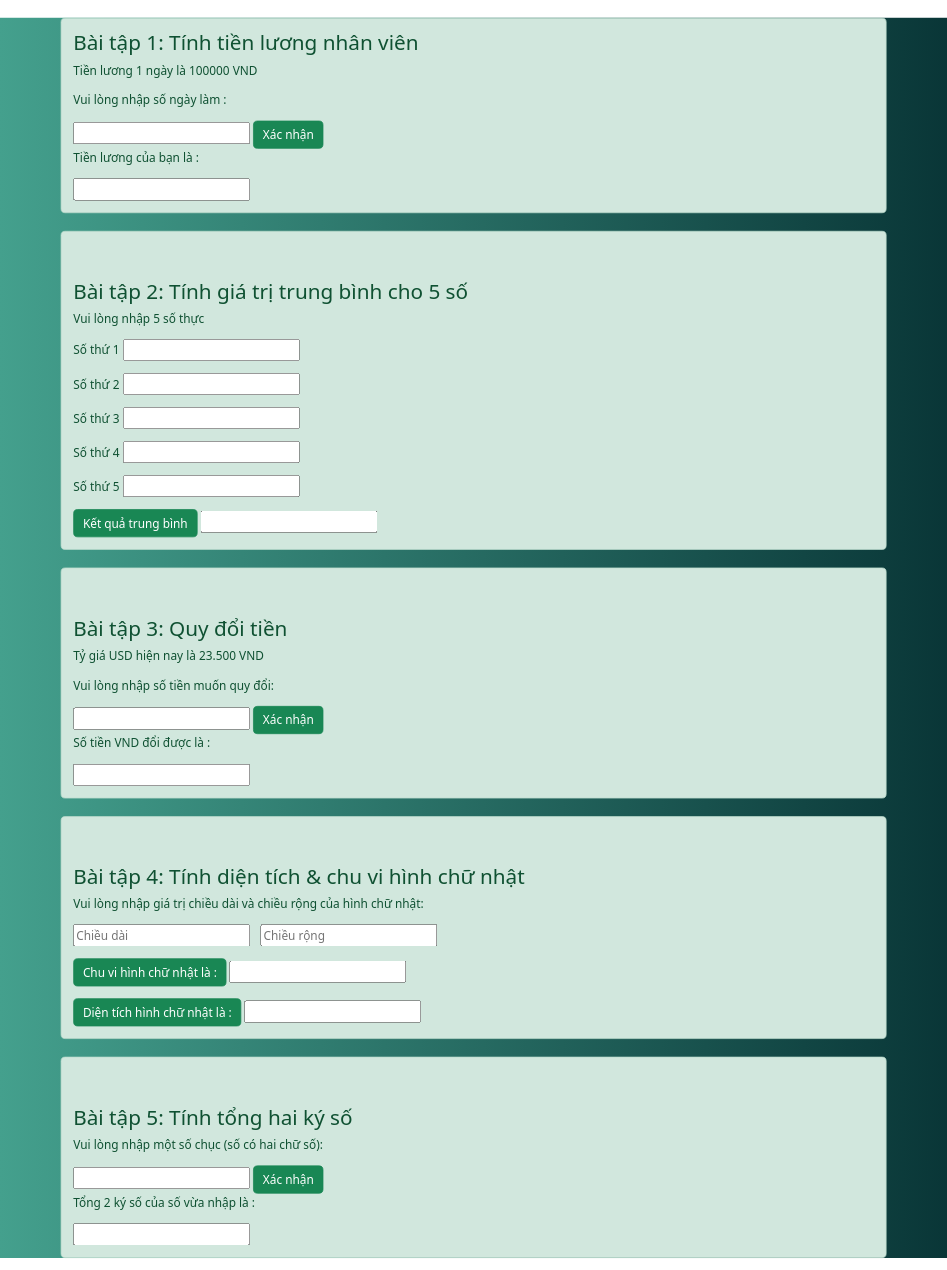
Repository: hcozyph/TranHuuPhuoc_BC43_BT_JS_Buoi2
Page: index.html
The author's editor kept a copy of each file at every save. The page is drawn from the files as they stood at one save, then again after the next save.
The browser window is 1280 px wide. The pictures show the whole page, at 74% of full size.

Above is the page before, as saved 2023-02-03 20:29:41.

After the next save:
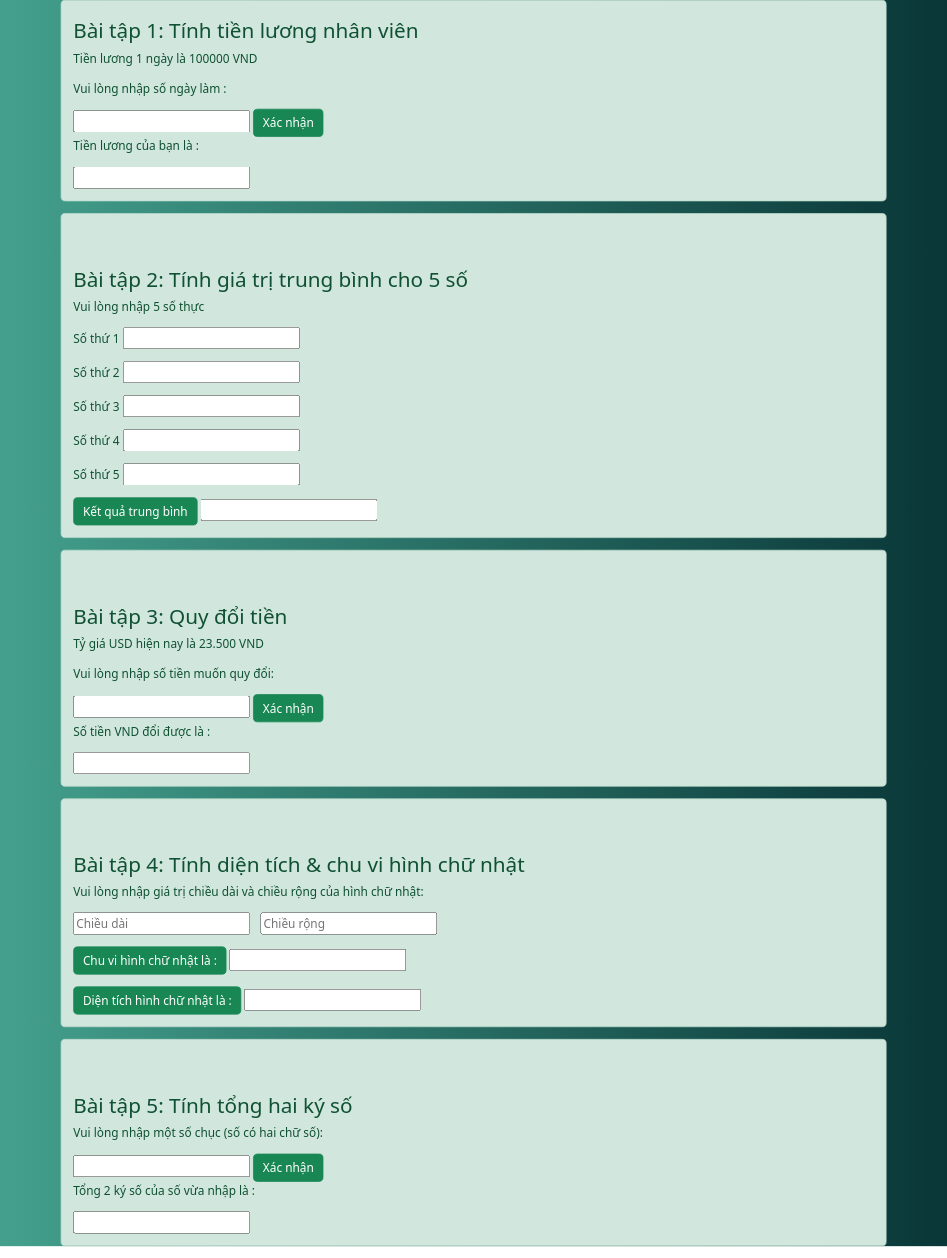
Saved 10 s later.
--- a/index.html
+++ b/index.html
@@ -45,7 +45,7 @@
             <!-- BT1 -->
             <div class="container">
                 <!-- BT-1 -->
-                <div class="BT1 alert alert-success mt-4">
+                <div class="BT1 alert alert-success pt-4">
                     <h1 class="fs-3">Bài tập 1: Tính tiền lương nhân viên</h1>
                     <p>Tiền lương 1 ngày là 100000 VND</p>
                     <p>Vui lòng nhập số ngày làm :</p>
@@ -62,7 +62,7 @@
                 </div>
 
                 <!-- BT2 -->
-                <div class="BT2 alert alert-success mt-4">
+                <div class="BT2 alert alert-success pt-4">
                     <h1 class="fs-3 mt-5">
                         Bài tập 2: Tính giá trị trung bình cho 5 số
                     </h1>
@@ -85,7 +85,7 @@
                 </div>
 
                 <!-- BT3 -->
-                <div class="BT3 alert alert-success mt-4">
+                <div class="BT3 alert alert-success pt-4">
                     <h1 class="fs-3 mt-5">Bài tập 3: Quy đổi tiền</h1>
                     <p>Tỷ giá USD hiện nay là 23.500 VND</p>
                     <p>Vui lòng nhập số tiền muốn quy đổi:</p>
@@ -104,7 +104,7 @@
                 </div>
 
                 <!-- BT4 -->
-                <div class="BT4 alert alert-success mt-4">
+                <div class="BT4 alert alert-success pt-4">
                     <h1 class="fs-3 mt-5">
                         Bài tập 4: Tính diện tích & chu vi hình chữ nhật
                     </h1>
@@ -137,7 +137,7 @@
                 </div>
 
                 <!-- BT5 -->
-                <div class="BT5 alert alert-success mt-4">
+                <div class="BT5 alert alert-success pt-4">
                     <h1 class="fs-3 mt-5">Bài tập 5: Tính tổng hai ký số</h1>
                     <p>Vui lòng nhập một số chục (số có hai chữ số):</p>
                     <input type="number" id="inputSoChuc" />
